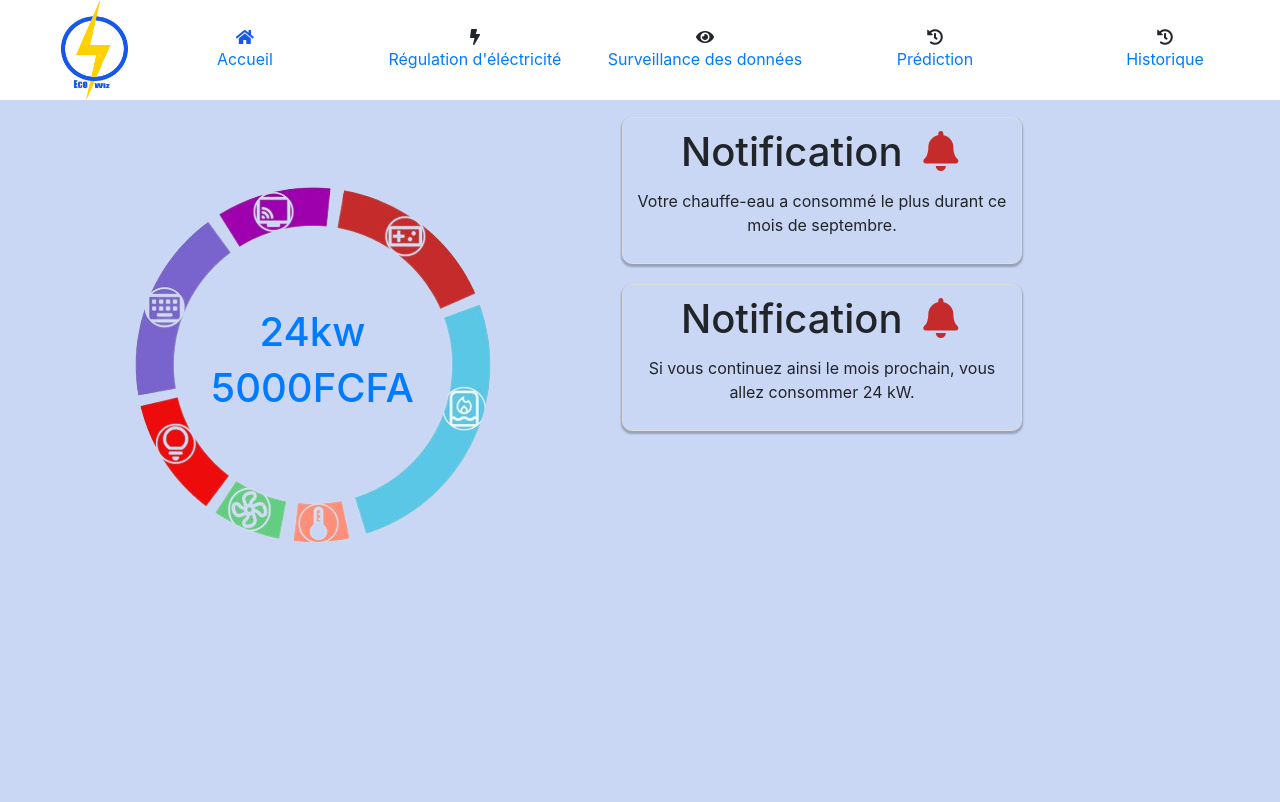
Repository: hamdia200/OSC-Ecowiz
Page: http://localhost/accueil
These files come from the project's save history. The page is drawn as it stood at one moment and after a run of saves; the edit follows.
The browser window is 1280 px wide. The pictures show the whole page.
The page is served by the project's Laravel application, run on PHP 8.4 with Laravel 10. Other server files are loaded and not shown.

Above is the page before, as saved 2023-09-01 00:08:19.

### app/Models/Consommation.php
<?php

namespace App\Models;

use Illuminate\Database\Eloquent\Model;

class Consommation extends Model
{
    protected $table = 'consommations'; // Nom de la table dans la base de données
    protected $fillable = ['value', 'equipment_id', 'date_time']; // Ajoutez 'date_time' ici si nécessaire

    public function equipement()
    {
        return $this->belongsTo(Equipement::class, 'equipment_id'); // Utilisez 'equipment_id' ici également
    }
}

### app/Observers/ConsommationObserver.php
<?php

namespace App\Observers;

use App\Models\Consommation;

class ConsommationObserver
{
    /**
     * Handle the Consommation "created" event.
     */
    public function created(Consommation $consommation): void
    {
        //
        // Mettez à jour la valeur de la consommation totale ici
        $totalPower = Consommation::selectRaw('equipment_id, AVG(value) / 1000 as average_power_kwh')
        ->groupBy('equipment_id')
        ->sum('average_power_kwh');


    // Mettez à jour la valeur de la consommation totale dans un endroit approprié, par exemple, dans une table de configuration
    config(['app.consumption_total' => $totalPower]);
    }

    /**
     * Handle the Consommation "updated" event.
     */
    public function updated(Consommation $consommation): void
    {
        //
    }

    /**
     * Handle the Consommation "deleted" event.
     */
    public function deleted(Consommation $consommation): void
    {
        //
    }

    /**
     * Handle the Consommation "restored" event.
     */
    public function restored(Consommation $consommation): void
    {
        //
    }

    /**
     * Handle the Consommation "force deleted" event.
     */
    public function forceDeleted(Consommation $consommation): void
    {
        //
    }
}

### routes/web.php
<?php

use Illuminate\Support\Facades\Route;
use App\Http\Controllers\AuthController;


/*
|--------------------------------------------------------------------------
| Web Routes
|--------------------------------------------------------------------------
|
| Here is where you can register web routes for your application. These
| routes are loaded by the RouteServiceProvider and all of them will
| be assigned to the "web" middleware group. Make something great!
|
*/

Route::get('/', function () {
    return view('welcome');
});

// Route::get('/centrale', function () {
//     return view('centrale');
// });
Route::get('/accueil', function () {
    return view('accueil');
});

Route::get('/login', function () {
    return view('login');
});
Route::get('/regulation', function () {
    return view('regulation');
});
Route::get('/Surveillance', function () {
    return view('Surveillance');
});

Route::get('/historique', function () {
    return view('historique');
});
Route::get('/profil', function () {
    return view('profil');
});
Route::get('/notification', function () {
    return view('notification');
});

Route::get('/inscription', [AuthController::class, 'showRegistrationForm'])->name('inscription.form');
Route::post('/inscription', [AuthController::class, 'register'])->name('inscription.submit');

Route::get('/connexion', function () {
    return view('login');
});

Route::get('/login', [AuthController::class, 'showLoginForm']);
Route::post('/login', [AuthController::class, 'login']);
Route::get('/logout', [AuthController::class, 'logout']);



Route::get('/inscription', [AuthController::class, 'showRegistrationForm'])->name('inscription');
Route::post('/inscription', [AuthController::class, 'register']);

Route::get('/login', [AuthController::class, 'showLoginForm'])->name('login');

Route::post('/login', [AuthController::class, 'login']);

Route::get('/regulation', function () {
    return view('regulation');
})->name('regulation');


Route::get('/accueil', function () {
    return view('accueil');
})->name('accueil');

Route::get('/Surveillance', function () {
    return view('Surveillance');
})->name('Surveillance');

Route::get('/prediction', function () {
    return view('prediction');
})->name('prediction');

Route::get('/historique', function () {
    return view('historique');
})->name('historique');

### resources/views/accueil.blade.php
@extends ("menu")
@section('content')
<head>
    <meta charset="UTF-8">
    <meta name="viewport" content="width=device-width, initial-scale=1.0">
    <title>Accueil</title>
    <link rel="stylesheet" href="https://stackpath.bootstrapcdn.com/bootstrap/4.5.0/css/bootstrap.min.css">
    <link rel="stylesheet" href="https://cdnjs.cloudflare.com/ajax/libs/font-awesome/5.15.3/css/all.min.css">
    <script src="https://cdn.jsdelivr.net/npm/chart.js"></script>

    <style>

        .body{
            display: flex;
            margin-top: 5rem;

        }
        .container{
            background-color: #C9D6F4;
            max-width: 100%;
            height: 100vh;
            top: -20px;
            justify-content: center;
        }
        .circle-container {
            position: relative;
            width: 300px;
            height: 300px;
            margin: 2rem;
        }

        .image-cercle {
            width: 500.994px;
            height: 500.994px;
            position: relative;
            display: flex;
            flex-direction: column;
            align-items: center;
            padding-left: 10px;
            padding-right: 10px;
            flex-shrink: 0;
            border-radius: 449.994px;
        }

        .notification-container {
            width: 100%;
            text-align: center;
            margin-top: 20px;
            display: flex;
            flex-direction: column;
            align-items: center;
            padding-left: 80px;
            padding-right: 80px;
        }

        .notification {
            padding: 10px;
            margin: 10px;
            border: 1px solid #ddd;
            width: 80%;
            max-width: 400px;
            text-align: center;
            border-radius: 10px;
            background: #C9D6F4;
            box-shadow: 0px 2px 2px 1px rgba(0, 0, 0, 0.25);
        }
        .content{
            display: flex;
            align-items: center;
            justify-content: space-between;
        }

        .chiffre {
            position: absolute;
            top: 50%;
            left: 50%;
            transform: translate(-50%, -50%);
            text-align: center;
            font-size: 20px;
            color: var(--primary, #1758EC);
            }
            .text{
                display: flex;
                align-items:  center;
                justify-content: center;
                color: var(--primary, #1758EC);
                font-size: 20px;
                font-style: normal;
                font-weight: 700;
                line-height: normal;
                border-radius: 10px;
                border: 0px solid #000;
                margin-top: 2rem;

            }



        </style>
    </head>

    <body>
    <div class="container">

        <div class="content">


                <div class="circle-container">
                    <div class="image-cercle">
                        <img src="{{asset('/image/cercle.png')}}" alt="">
                        <div class="chiffre">
                            <h1>24kw</h1>
                            <h1>5000FCFA</h1>
                        </div>
                        <!-- <div class="icon">
                            <i class="fas fa-bolt icon-left"></i>
                            <i class="fas fa-snowflake icon-top" ></i>
                            <i class="fas fa-utensils icon-bottom"></i>

                        </div> -->
                    </div>
                </div>

                <div class="notification-container">
                    <div class="notification">
                        <h1>Notification <i class="fas fa-bell" style="width: 50px; height: 50px; padding-left:10px; padding-right:10px;color:#C52B2B"></i></h1>
                        <p>Votre chauffe-eau a consommé le plus durant ce mois de septembre.</p>
                    </div>
                    <div class="notification">
                        <h1>Notification <i class=" fas fa-bell" style="width: 50px; height: 50px; padding-left:10px; padding-right:10px;color:#C52B2B"></i></h1>
                        <p>Si vous continuez ainsi le mois prochain, vous allez consommer 24 kW.</p>
                    </div>
                </div>
        </div>
                <!-- <script>

                    var ctx = document.getElementById('myChart').getContext('2d');
                    var myChart = new Chart(ctx, {
                        type: 'doughnut',
                        data: {
                            labels: ['Chauffe-eau ', 'Climatisation', 'Téléviseur','Réfrigerateur','ventilateur','ampoule','Thermostre'], // Étiquettes de chaque section
                            datasets: [{
                                data: [30, 40, 50,25,60,100,70],
                                backgroundColor: ['#EE0B0B', '#7963CD', '#63CD81','#5BC7E6','#FF8F78','#BB0B0B','#7F00FF'],
                            }]
                        },
                        options: {
                        plugins: {
                            legend: {
                                display: false
                            },
                            pieceLabel: {
                                render: 'image',
                                fontColor: 'black', // Couleur du texte
                                imageOffset: {x: 0, y: 0}, // Ajuster le décalage de l'image
                                position: 'border', // Position de l'image (inside, outside, border)
                                images: [{src: 'venti.png', width: 40, height: 40},{src: 'light.png', width: 40, height: 40}],// Configurer l'image de l'icône
                            }
                        }
                    }
                    });

                    var iconContainer = document.querySelector('.icon');
                    var sections = myChart.data.datasets[0].data;
                    var iconWidth = 40; // Largeur de l'icône en pixels
                    var radius = myChart.innerRadius + (myChart.outerRadius - myChart.innerRadius) / 2;

                    sections.forEach(function (value, index) {
                    var angle = (myChart.startAngle + myChart._getArcLength() * (index + 0.5)) - Math.PI / 2;
                    var icon = document.createElement('img');
                    icon.src = index === 0 ? 'chauffe-eau.png' : 'clim.png';
                    icon.width = icon.height = iconWidth;
                    icon.style.position = 'absolute';
                    icon.style.top = radius * Math.sin(angle) + 'px';
                    icon.style.left = radius * Math.cos(angle) + 'px';
                    icon.style.transform = 'translate(-50%, -50%)';
                    iconContainer.appendChild(icon);
        });
                </script> -->
        </div>
        </body>
        </html>
@endsection

### resources/views/menu.blade.php
<!DOCTYPE html>
<html>
    <head>
        <meta charset="UTF-8">
        <meta name="viewport" content="width=device-width, initial-scale=1.0">
        <link rel="stylesheet" href="{{asset('bootstrap-5/css/bootstrap.min.css')}}">
        <link rel="stylesheet" href="{{asset('icofont/icofont.min.css')}}">
        <link rel="stylesheet" href="https://stackpath.bootstrapcdn.com/bootstrap/4.5.0/css/bootstrap.min.css">
        <link rel="stylesheet" href="https://maxcdn.bootstrapcdn.com/font-awesome/4.7.0/css/font-awesome.min.css">
        <link rel="stylesheet" href="https://cdnjs.cloudflare.com/ajax/libs/font-awesome/5.15.3/css/all.min.css">

        <title>menu</title>
        <style>
            body {
                overflow: hidden;
            }
            .menu-horizontal {
                list-style-type: none;
                display: flex;
                align-items: center;
                justify-content: center;
                background-color:#FFFFFF;
                height: 100px;
            }

            .menu-horizontal li {
                margin: 0;
                padding: 0;
                flex: 1;
                text-align: center;
            }

            .menu-item {
                display: flex;
                flex-direction: column;
                align-items: center;
                justify-content: center;
                text-decoration: none;
            }

            .menu-icon {
                width: 50px;
                height: 50px;
            }

            .menu-text {
                display: flex;
                justify-content: center;
                font-size: 16px;
                align-items: center;
                margin-top: 2px;
                padding-inline: -5px;
                text-decoration: none;


            }

            .logo {
                padding-left: 20px;
                height: 100px;
            }
            .wrap  {
                margin-inline:  auto  ;
            }
            .head{
                position: sticky;
            }
            .active-icon{
                color: #1758EC;
            }
            a{
                text-decoration: none !important;
            }
            .sidebar {
                height: 100%;
                width: 0;
                position: fixed;
                z-index: 1;
                top: 0;
                left: 0;
                background-color: #111;
                overflow-x: hidden;
                transition: 0.5s;
                padding-top: 60px;
                }

                .sidebar a {
                padding: 8px 8px 8px 32px;
                text-decoration: none;
                font-size: 25px;
                color: #818181;
                display: block;
                transition: 0.3s;
                }

                .sidebar a:hover {
                color: #f1f1f1;
                }

                .sidebar .closebtn {
                position: absolute;
                top: 0;
                right: 25px;
                font-size: 36px;
                margin-left: 50px;
                }

                .openbtn {
                font-size: 20px;
                cursor: pointer;
                background-color: #111;
                color: white;
                padding: 10px 15px;
                border: none;
                }

                .openbtn:hover {
                background-color: #444;
                }

                #main {
                transition: margin-left .5s;
                padding: 16px;
                }

                @media screen and (max-height: 450px) {
                .sidebar {padding-top: 15px;}
                .sidebar a {font-size: 18px;}
                }


        </style>
    </head>

    <body>
        <header class="head">
                <ul class="menu-horizontal fixed-top wrap">
                    <div class="header">
                        <img src="{{asset('/image/ecow.png')}}" alt="" class="logo">
                    </div>
                    <li>
                        <span class="menu-item @if(Request::is('accueil')) active @endif">
                            <i class="fas fa-home @if(Request::is('accueil')) active-icon @endif"></i> <a href="{{route('accueil')}}"><span class="menu-text">Accueil</span></a>
                        </span>

                    </li>
                    <li>
                        <span class="menu-item @if(Request::is('regulation')) active @endif">
                            <i class="fas fa-bolt @if(Request::is('regulation')) active-icon @endif"></i> <a href="{{route('regulation')}}"><span class="menu-text">Régulation d'éléctricité </span></a>
                        </span>
                    </li>

                    <li>
                        <span class="menu-item @if(Request::is('Surveillance')) active @endif">
                            <i class="fas fa-eye @if(Request::is('Surveillance')) active-icon @endif"></i> <a href="{{route('Surveillance')}}"><span class="menu-text">Surveillance des données </span></a>
                        </span>
                    </li>
                    <li>
                        <span class="menu-item @if(Request::is('prediction')) active @endif">
                            <i class="fas fa-history @if(Request::is('prediction')) active-icon @endif"></i> <a href="{{route('prediction')}}"><span class="menu-text">Prédiction</span></a>
                        </span>
                    </li>
                    <li>
                        <span class="menu-item @if(Request::is('historique')) active @endif">
                            <i class=" fas fa-history @if(Request::is('historique')) active-icon @endif"></i> <a href="{{route('historique')}}"><span class="menu-text">Historique</span></a>
                        </span>
                    </li>
                </ul>

        </header>
        <!-- Menu toggle vertical -->
        <div id="mySidebar" class="sidebar">
            <a href="javascript:void(0)" class="closebtn" onclick="closeNav()">×</a>
            <a href="#">About</a>
            <a href="#">Services</a>
            <a href="#">Clients</a>
            <a href="#">Contact</a>
        </div>
        <div id="main">
            <button class="openbtn" onclick="openNav()">☰ Open Sidebar</button>

        </div>

        <div class="container">
                @yield('content')
        </div>
        <script>
            function openNav() {
            document.getElementById("mySidebar").style.width = "250px";
            document.getElementById("main").style.marginLeft = "250px";
            }

            function closeNav() {
            document.getElementById("mySidebar").style.width = "0";
            document.getElementById("main").style.marginLeft= "0";
            }
        </script>





    </body>


</html>

After the next 2 saves:
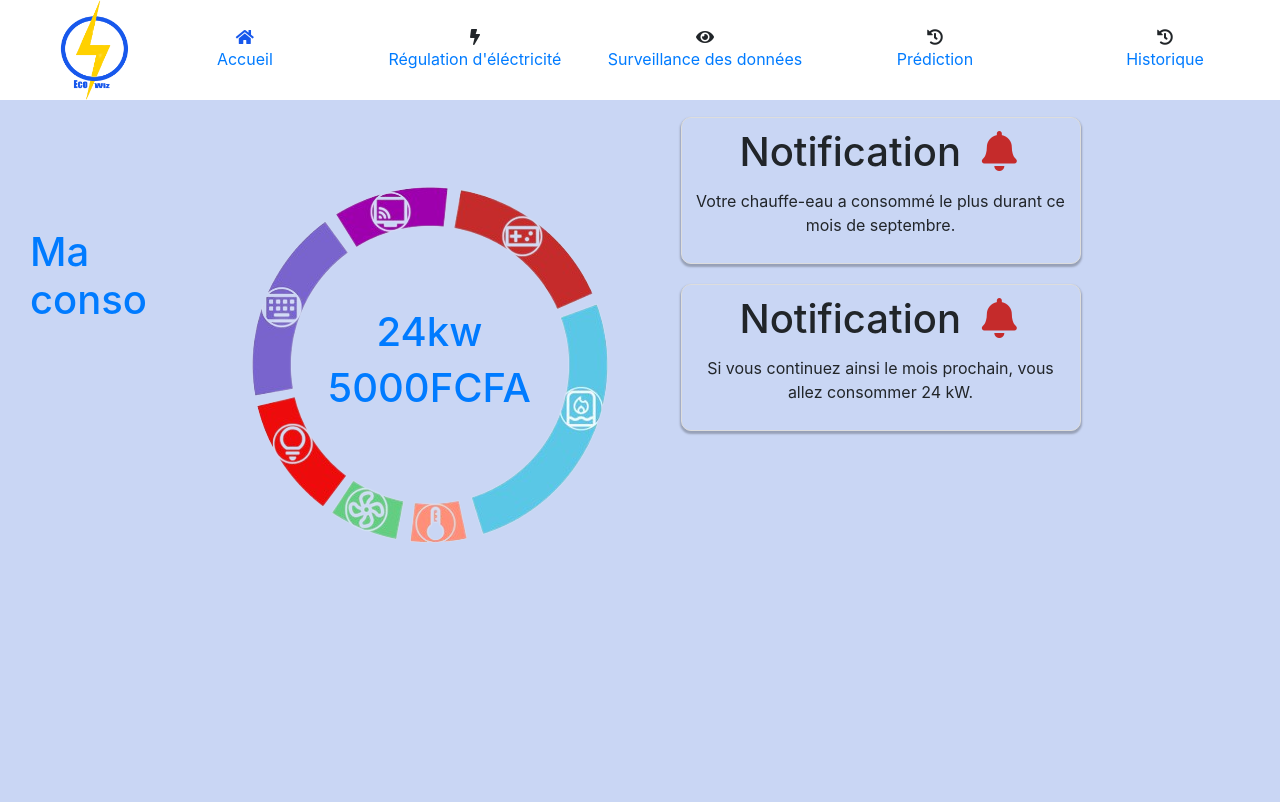
The 2 saves are shown as one change because they came seconds apart.
The last was saved 7 s later.
--- a/resources/views/accueil.blade.php
+++ b/resources/views/accueil.blade.php
@@ -104,7 +104,9 @@
 
         <div class="content">
 
-
+            <div class="text">
+                <h1>Ma conso </h1>
+            </div>
                 <div class="circle-container">
                     <div class="image-cercle">
                         <img src="{{asset('/image/cercle.png')}}" alt="">

After the 2 saves that followed:
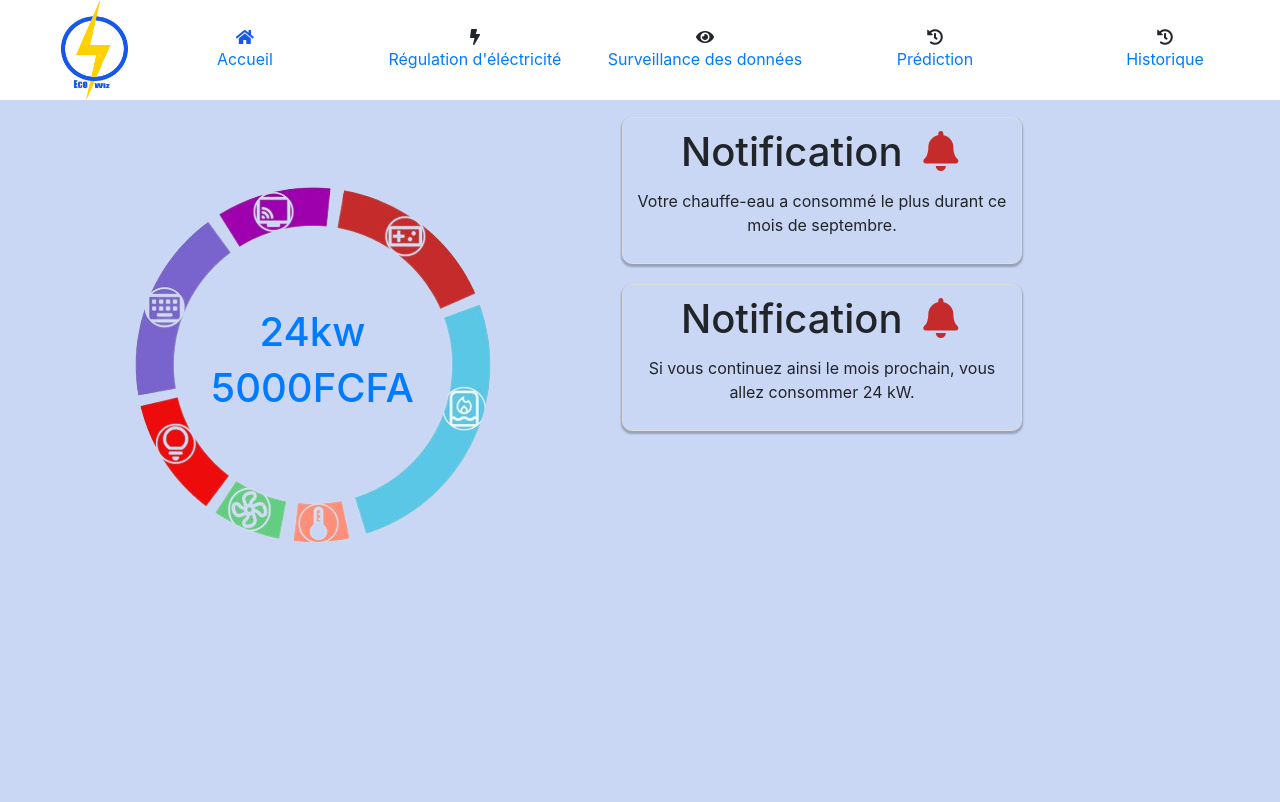
The 2 saves are shown as one change because 1 left the picture as it was.
The last was saved 26 s later.
--- a/resources/views/accueil.blade.php
+++ b/resources/views/accueil.blade.php
@@ -104,9 +104,7 @@
 
         <div class="content">
 
-            <div class="text">
-                <h1>Ma conso </h1>
-            </div>
+
                 <div class="circle-container">
                     <div class="image-cercle">
                         <img src="{{asset('/image/cercle.png')}}" alt="">
